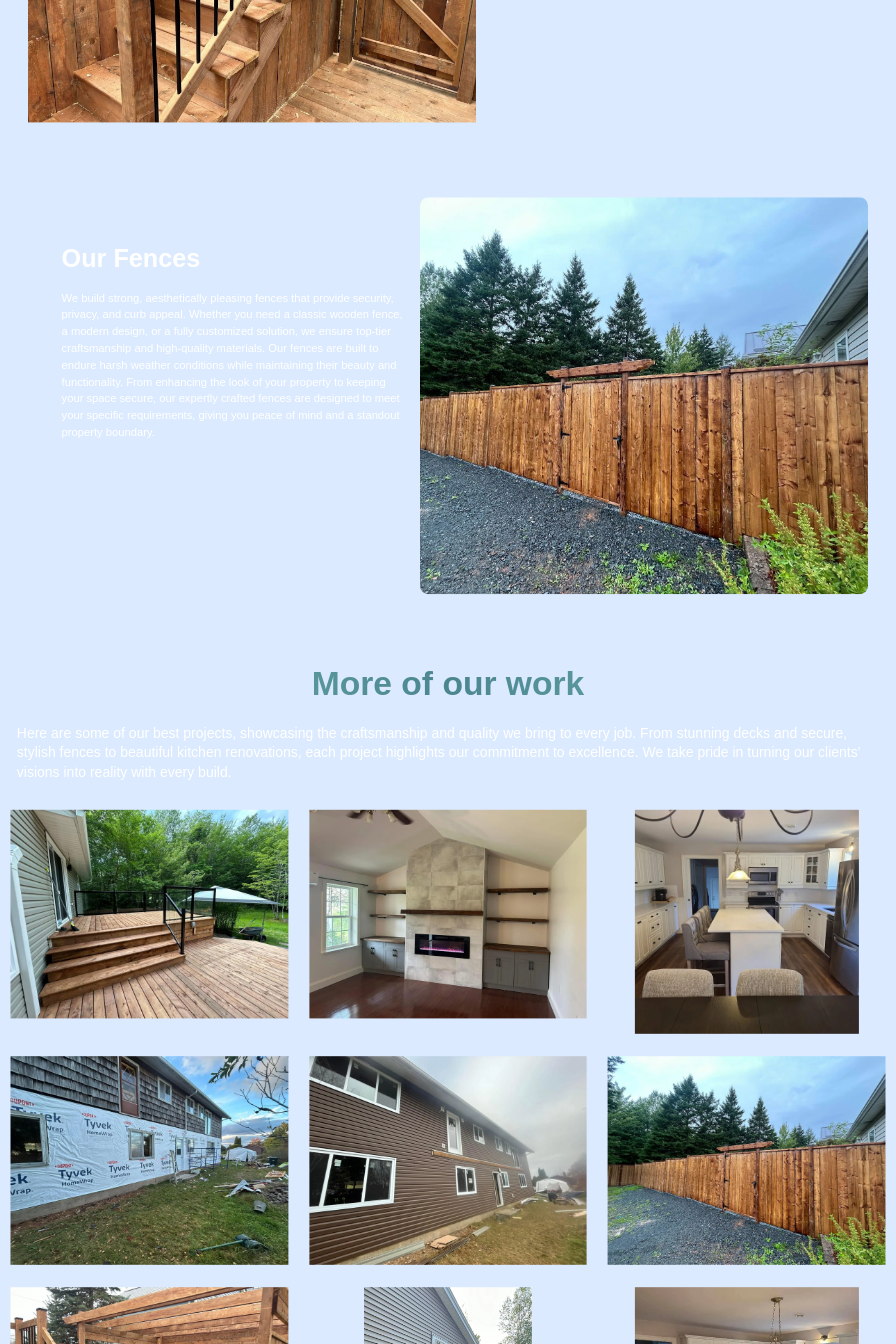
Repository: TMuse333/sagittarius
Page: / (app in frontend/)
An editor plug-in stored every save of this project. The page is shown before and after a run of saves, followed by the edit.
The browser window is 1280 px wide. The pictures show the part of the page from y = 2517 to 4437 px (the page is 9836 px tall before and 9841 px after), at 70% of full size.
The project was rebuilt for these pictures with package versions that can differ from the ones it lists, and the page was loaded fresh each time. The framework's server and built-in components were replaced by stand-ins that run in the browser. Also part of the build but not shown: frontend/next.config.ts.

Above is the page before, as saved 2025-03-17 19:34:44.

After the next 4 saves:
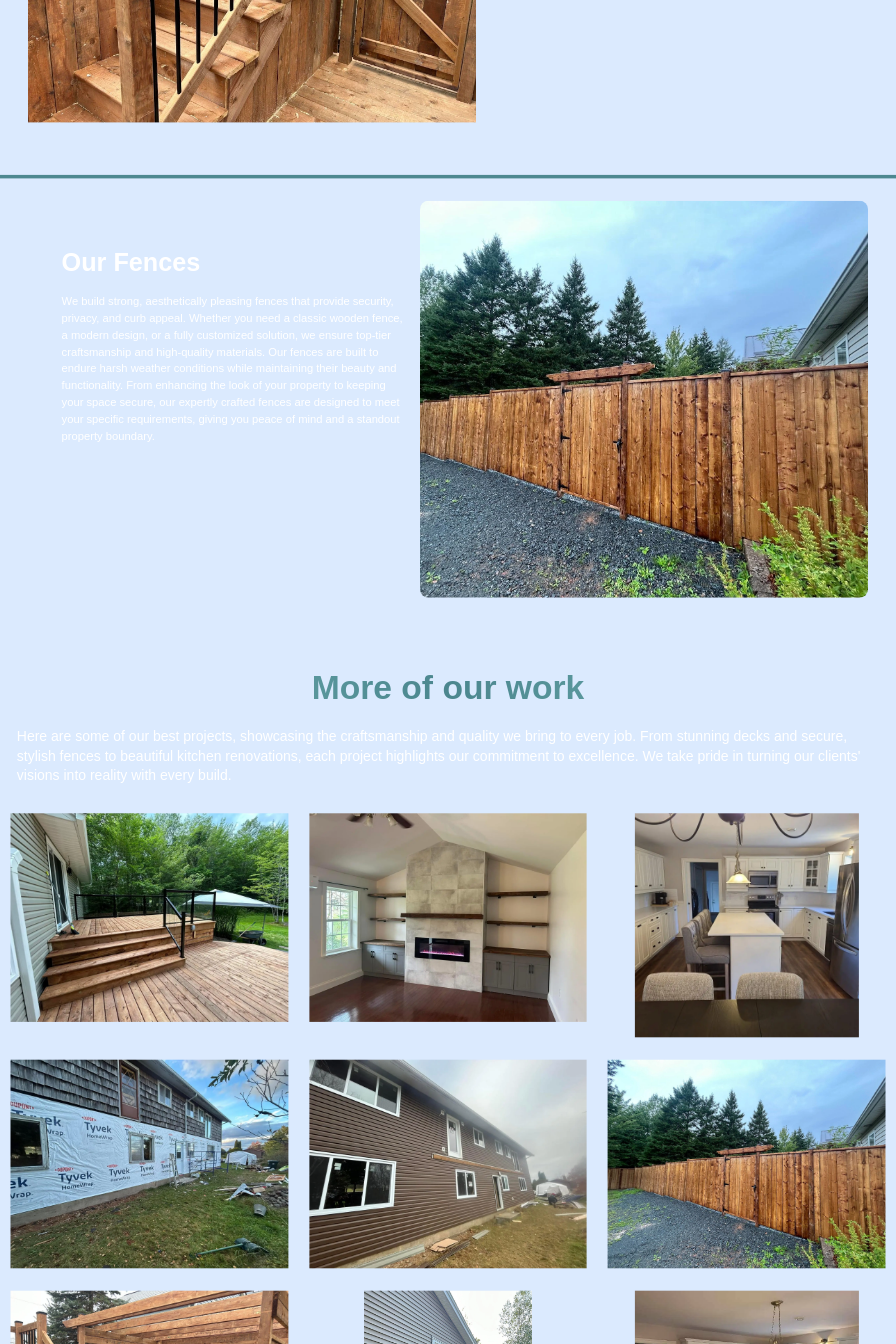
The 4 saves are shown as one change because 1 did not build or start and some came seconds apart.
The last was saved 54 s later.
--- a/frontend/src/pageComponents/homePage.tsx
+++ b/frontend/src/pageComponents/homePage.tsx
@@ -95,6 +95,9 @@
     objectContain
     />
 
+    <div className="w-screen mx-auto max-w-[1500px]
+    h-[5px] bg-[#4D8890]"/>
+
     <ImageTextBox
     {...fenceTextBox}
     reverse
